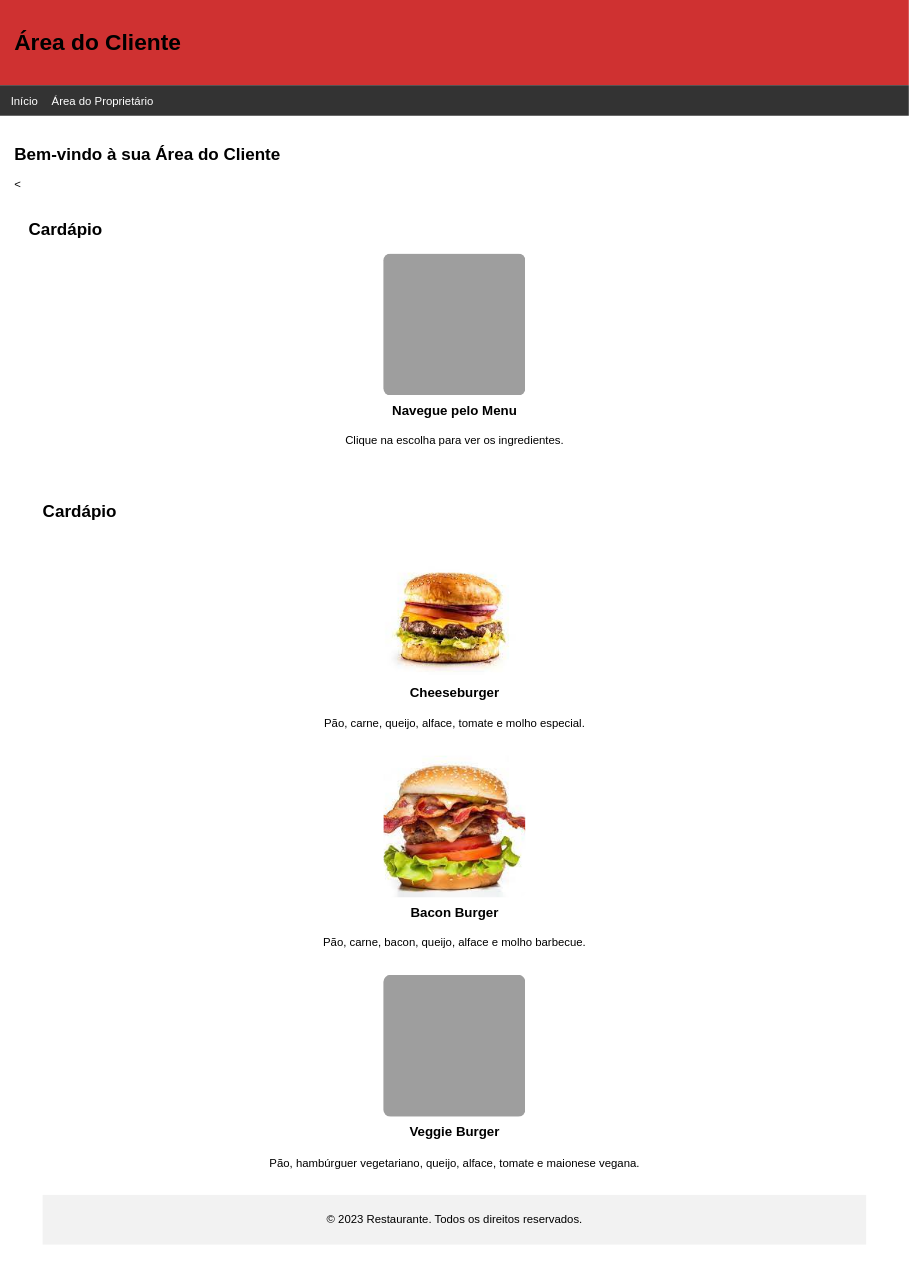
Repository: eupordias/frontarnia
Page: AULA 06/RESTAURANTE/cliente.html
These files come from the project's save history. The page is drawn as it stood at one moment and after the next save; the edit follows.
The browser window is 1280 px wide. The pictures show the whole page, at 71% of full size.
Pictures or frames that could not be fetched are drawn as grey boxes.

Above is the page before, as saved 2023-08-09 09:55:54.

### AULA 06/RESTAURANTE/cliente.html
<!DOCTYPE html>
<html>
<head>
  <title>Restaurante - Área do Cliente</title>
  <link rel="stylesheet" href="styles.css">
</head>
<body>
  <header>
    <h1>Área do Cliente</h1>
  </header>
  <nav>
    <a href="index.html"><i class="icon fas fa-home"></i>Início</a>
    <a href="proprietario.html"><i class="icon fas fa-user"></i>Área do Proprietário</a>
  </nav>
  <main>
    <h2>Bem-vindo à sua Área do Cliente</h2>
    <<main>
      <h2>Cardápio</h2>
      <div class="cardapio-item">
        <img src="https://static.wixstatic.com/media/ecc8f5_2189a6cfc2564ba9961a3082bf8f9f3e~mv2.png/v1/crop/x_90,y_0,w_653,h_953/fill/w_328,h_480,al_c,q_85,usm_0.66_1.00_0.01,enc_auto/ARTE%20CARDAPIOS%20E%20CIA%203.png" alt="Nome do Prato 1">
        <h3>Navegue pelo Menu</h3>
        <p>Clique na escolha para ver os ingredientes.</p>
        <div class="ingredientes hidden">
          <h4>Ingredientes:</h4>
          <ul>
            <li>Exemplo 1 sal</li>
            <li>Exemplo 2 queijo</li>
            <li>Exemplo 3 tomate</li>
          </ul>
        </div>
      </div>
     <main>
       <h2>Cardápio</h2>
       <div class="cardapio-item">
         <img src="data:[embedded picture, 7267 characters]" alt="Hambúrguer Cheeseburger">
         <h3>Cheeseburger</h3>
         <p>Pão, carne, queijo, alface, tomate e molho especial.</p>
         <div class="ingredientes hidden">
           <h4>Ingredientes:</h4>
           <ul>
             <li>Pão de hambúrguer</li>
             <li>Carne de hambúrguer</li>
             <li>Queijo cheddar</li>
             <li>Alface</li>
             <li>Tomate</li>
             <li>Molho especial</li>
           </ul>
         </div>
       </div>

       <div class="cardapio-item">
         <img src="data:[embedded picture, 10131 characters]" alt="Hambúrguer Bacon">
         <h3>Bacon Burger</h3>
         <p>Pão, carne, bacon, queijo, alface e molho barbecue.</p>
         <div class="ingredientes hidden">
           <h4>Ingredientes:</h4>
           <ul>
             <li>Pão de hambúrguer</li>
             <li>Carne de hambúrguer</li>
             <li>Bacon</li>
             <li>Queijo cheddar</li>
             <li>Alface</li>
             <li>Molho barbecue</li>
           </ul>
         </div>
       </div>

       <div class="cardapio-item">
         <img src="https://encrypted-tbn0.gstatic.com/images?q=tbn:ANd9GcRzyCyo5729bUJIrAgMeJkmDf8mLEpLBkY3NGr9LKZg5dqtMxGHl2GAPDtn7cKshj9ZgVI&usqp=CAU" alt="Hambúrguer Veggie">
         <h3>Veggie Burger</h3>
         <p>Pão, hambúrguer vegetariano, queijo, alface, tomate e maionese vegana.</p>
         <div class="ingredientes hidden">
           <h4>Ingredientes:</h4>
           <ul>
             <li>Pão de hambúrguer</li>
             <li>Hambúrguer vegetariano</li>
             <li>Queijo cheddar</li>
             <li>Alface</li>
             <li>Tomate</li>
             <li>Maionese vegana</li>
           </ul>
         </div>
       </div>
   </ul>
  <footer>
    <p>© 2023 Restaurante. Todos os direitos reservados.</p>
  </footer>
  <script>
    // Seleciona todos os elementos com a classe "cardapio-item"
    const cardapioItens = document.querySelectorAll('.cardapio-item');

    // Adiciona um evento de clique a cada item do cardápio
    cardapioItens.forEach(item => {
      item.addEventListener('click', () => {
        // Seleciona o elemento com a classe "ingredientes" dentro do item do cardápio clicado
        const ingredientes = item.querySelector('.ingredientes');

        // Alterna a classe "hidden" para mostrar ou ocultar os ingredientes
        ingredientes.classList.toggle('hidden');
      });
    });
  </script>

</body>
</html>

### AULA 06/RESTAURANTE/styles.css
/* Estilos gerais */

body {
  font-family: Arial, sans-serif;
  margin: 0;
  padding: 0;
}

header {
  background-color: #cf3131;
  padding: 20px;
}

nav {
  background-color: #333;
  color: #fff;
  padding: 10px;
}

nav a {
  color: #fff;
  text-decoration: none;
  margin-right: 10px;
}

nav a:hover {
  color: #cf3131;
  transition: color 0.3s ease;
}

main {
  padding: 20px;
}

footer {
  background-color: #f2f2f2;
  padding: 10px;
  text-align: center;
}

/* Ícones */
.icon {
  font-size: 20px;
  margin-right: 5px;
}

/* Exemplo de estilização de um botão com transição */
.button {
  background-color: #767373;
  padding: 10px 20px;
  border: none;
  transition: background-color 0.3s ease;
}

.button:hover {
  background-color: #333;
  color: #fff;
}

/* Estilos específicos para o cardápio */

.cardapio-item {
  display: flex;
  flex-direction: column;
  align-items: center;
  margin-bottom: 20px;
  cursor: pointer;
}

.cardapio-item img {
  width: 200px;
  height: 200px;
  object-fit: cover;
  border-radius: 10px;
}

.cardapio-item h3 {
  margin-top: 10px;
}

.cardapio-item p {
  margin-top: 5px;
}

.cardapio-item .ingredientes {
  margin-top: 10px;
}

.cardapio-item .ingredientes.hidden {
  display: none;
}

/* Estilos padrão para a página */
/* ... */

/* Media query para dispositivos móveis */
@media only screen and (max-width: 600px) {
  /* Estilos específicos para dispositivos móveis */
  /* ... */
}

/* Estilo para o botão "Ativar Cardápio Especial" quando ativado */
.cardapio-especial-ativado {
  background-color: #cf3131;
  color: #fff;
}

/* Estilo para o botão "Ativar Cardápio Especial" quando desativado */
.cardapio-especial-desativado {
  background-color: #767373;
  color: #fff;
}

After the next save:
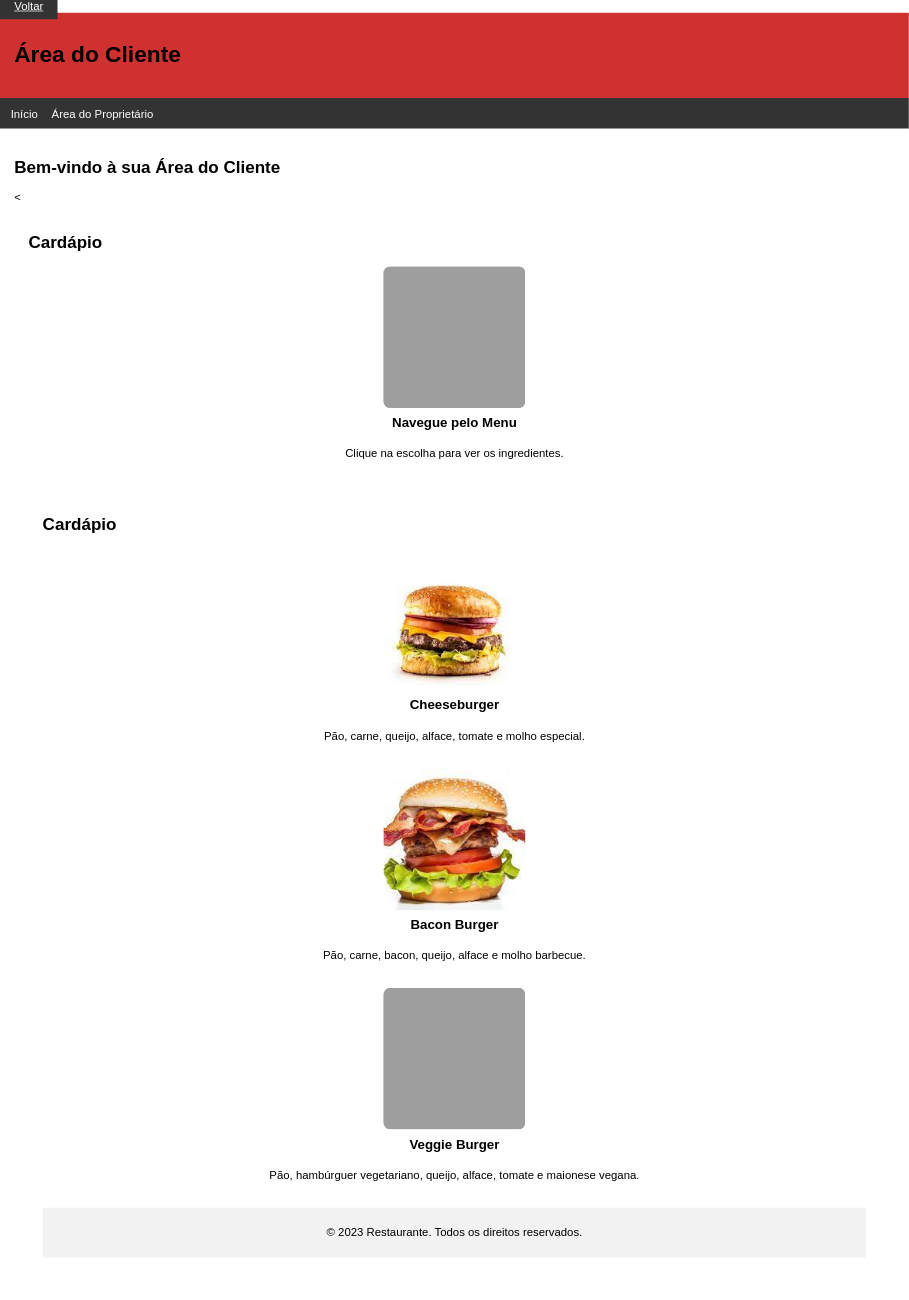
Saved 5 s later.
--- a/AULA 06/RESTAURANTE/cliente.html
+++ b/AULA 06/RESTAURANTE/cliente.html
@@ -5,6 +5,7 @@
   <link rel="stylesheet" href="styles.css">
 </head>
 <body>
+  <a href="index.html" class="button">Voltar</a>
   <header>
     <h1>Área do Cliente</h1>
   </header>
